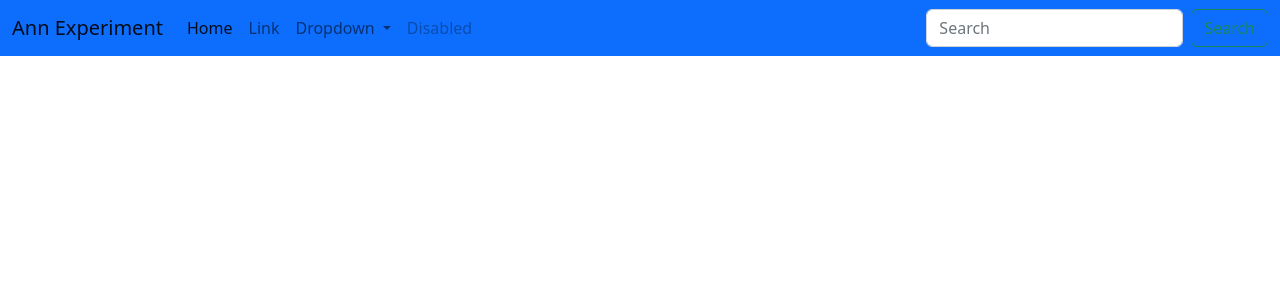
Repository: annferracane/phase-0-personal-website
Page: index.html
An editor plug-in stored every save of this project. The page is shown before and after the next save, followed by the edit.
The browser window is 1280 px wide. The pictures show the whole page.

Above is the page before, as saved 2022-11-13 15:45:47.

### index.html

<!DOCTYPE html>
<html lang="en">
    <head>
        <meta charset="utf-8">
        <meta name="viewport" content="width=device-width, initial-scale=1">
        <link href="https://cdn.jsdelivr.net/npm/bootstrap@5.2.2/dist/css/bootstrap.min.css" rel="stylesheet" integrity="sha384-Zenh87qX5JnK2Jl0vWa8Ck2rdkQ2Bzep5IDxbcnCeuOxjzrPF/et3URy9Bv1WTRi" crossorigin="anonymous">
        <!--<link rel="stylesheet" href="./style.css" />-->
        <title>Ann Experiment</title>
    </head>
    <body>
        <nav class="navbar navbar-expand-lg bg-primary">
            <div class="container-fluid">
              <a class="navbar-brand mb-0 h1" href="#">Ann Experiment</a>
              <button class="navbar-toggler" type="button" data-bs-toggle="collapse" data-bs-target="#navbarSupportedContent" aria-controls="navbarSupportedContent" aria-expanded="false" aria-label="Toggle navigation">
                <span class="navbar-toggler-icon"></span>
              </button>
              <div class="collapse navbar-collapse" id="navbarSupportedContent">
                <ul class="navbar-nav me-auto mb-2 mb-lg-0">
                  <li class="nav-item">
                    <a class="nav-link active" aria-current="page" href="#">Home</a>
                  </li>
                  <li class="nav-item">
                    <a class="nav-link" href="#">Link</a>
                  </li>
                  <li class="nav-item dropdown">
                    <a class="nav-link dropdown-toggle" href="#" role="button" data-bs-toggle="dropdown" aria-expanded="false">
                      Dropdown
                    </a>
                    <ul class="dropdown-menu">
                      <li><a class="dropdown-item" href="#">Action</a></li>
                      <li><a class="dropdown-item" href="#">Another action</a></li>
                      <li><hr class="dropdown-divider"></li>
                      <li><a class="dropdown-item" href="#">Something else here</a></li>
                    </ul>
                  </li>
                  <li class="nav-item">
                    <a class="nav-link disabled">Disabled</a>
                  </li>
                </ul>
                <form class="d-flex" role="search">
                  <input class="form-control me-2" type="search" placeholder="Search" aria-label="Search">
                  <button class="btn btn-outline-success" type="submit">Search</button>
                </form>
              </div>
            </div>
          </nav>
        <!--<h1>Hello World!</h1>-->
        <!--<script src="script.js"></script>-->

    </body>
</html>

After the next save:
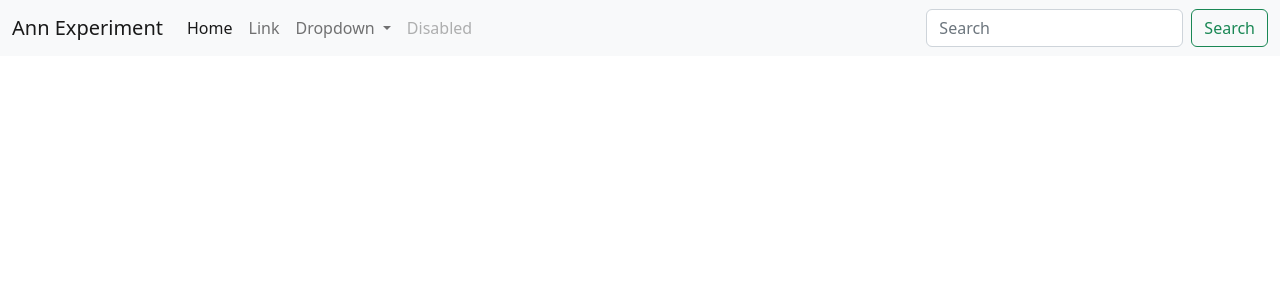
Saved 10 min 32 s later.
--- a/index.html
+++ b/index.html
@@ -9,7 +9,7 @@
         <title>Ann Experiment</title>
     </head>
     <body>
-        <nav class="navbar navbar-expand-lg bg-primary">
+        <nav class="navbar navbar-expand-lg bg-light">
             <div class="container-fluid">
               <a class="navbar-brand mb-0 h1" href="#">Ann Experiment</a>
               <button class="navbar-toggler" type="button" data-bs-toggle="collapse" data-bs-target="#navbarSupportedContent" aria-controls="navbarSupportedContent" aria-expanded="false" aria-label="Toggle navigation">
